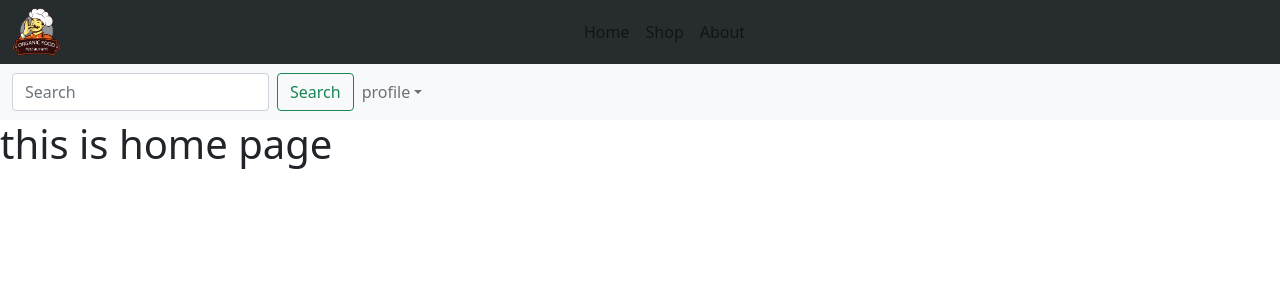
Repository: mdrubel02/organic-food-restaurnat
Page: /
An editor plug-in stored every save of this project. The page is shown before and after the next save, followed by the edit.
The browser window is 1280 px wide. The pictures show the whole page.
The project was rebuilt for these pictures with package versions that can differ from the ones it lists, and the page was loaded fresh each time. Also part of the build but not shown: src/Components/About/About.js, src/Components/UserEntry/SignIn.js, src/Components/UserEntry/SignUp.js. Imported but missing from the stored project, and not drawn on this page: src/Components/Shop/Shop.js.

Above is the page before, as saved 2022-07-02 16:54:35.

After the next save:
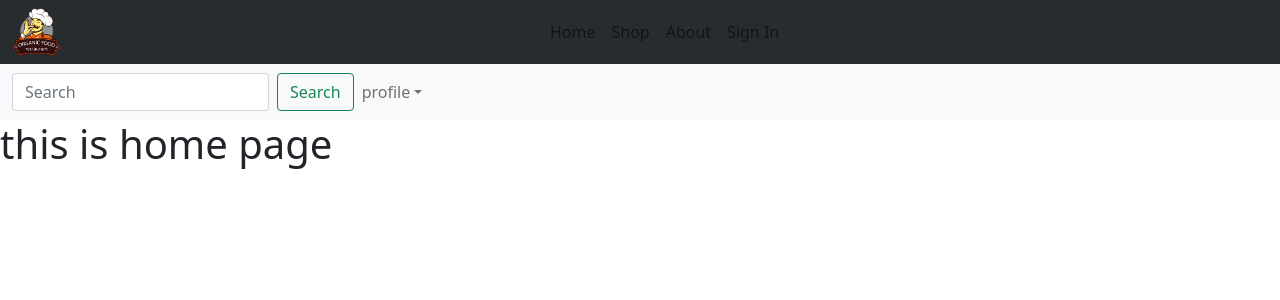
Saved 9 s later.
--- a/src/Components/Header/HeaderOne.js
+++ b/src/Components/Header/HeaderOne.js
@@ -16,6 +16,7 @@ const HeaderOne = () => {
                     <Nav.Link  as={Link} to="/">Home</Nav.Link>
                     <Nav.Link  as={Link} to="/shop">Shop</Nav.Link>
                     <Nav.Link  as={Link} to="/about">About</Nav.Link>
+                    <Nav.Link  as={Link} to="/signIn">Sign In</Nav.Link>
                 </Nav>
             </Container>
         </Navbar>
